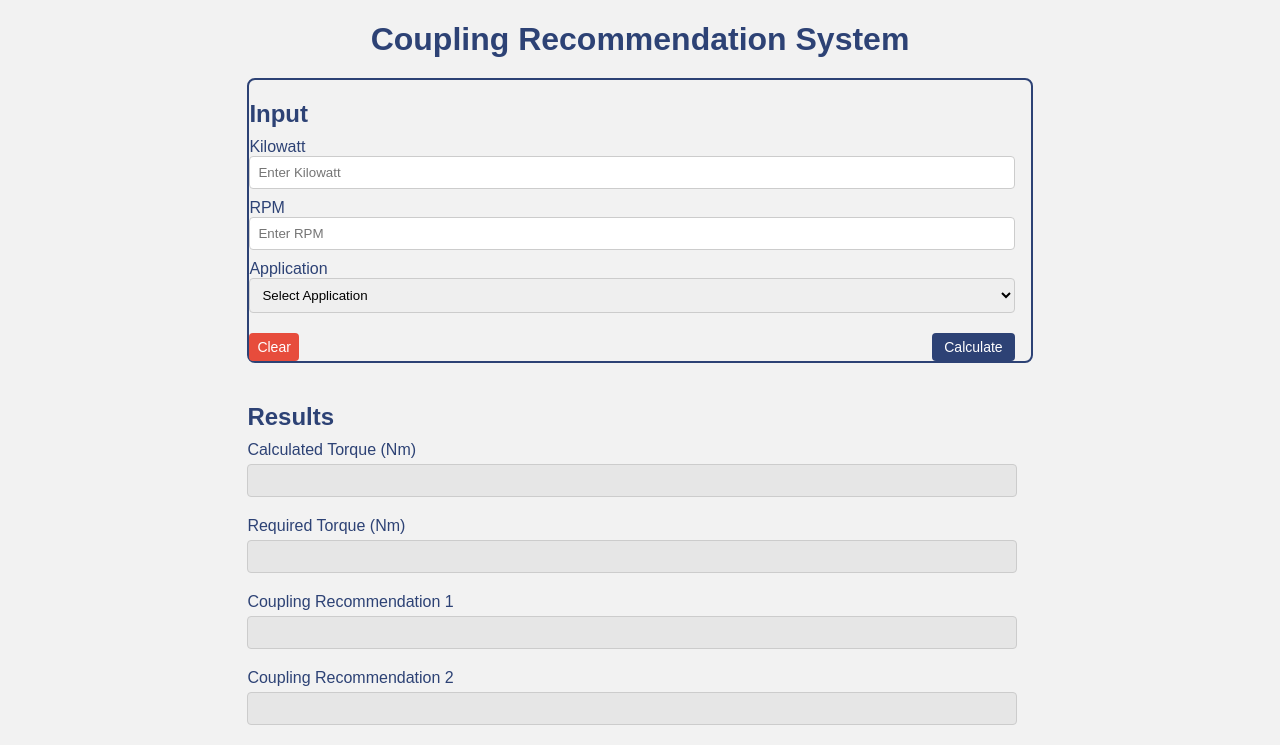
Repository: JustinSadie/calculator
Page: newIndex.html
These files come from the project's save history. The page is drawn as it stood at one moment and after the next save; the edit follows.
The browser window is 1280 px wide. The pictures show the whole page.

Above is the page before, as saved 2024-08-25 17:27:16.

### newIndex.html
<!DOCTYPE html>
<html lang="en">
  <head>
    <meta charset="UTF-8" />
    <meta name="viewport" content="width=device-width, initial-scale=1.0" />
    <title>Coupling Recommendation</title>
    <link rel="stylesheet" href="newCSS.css" />
  </head>
  <body>
    <div class="coupling-calculator">
      <h1>Coupling Recommendation System</h1>

      <div class="input-section">
        <h2>Input</h2>
        <label for="kilowatt">Kilowatt</label>
        <input
          type="number"
          id="kilowatt"
          placeholder="Enter Kilowatt"
          required
          min="0"
        />

        <label for="rotationSpeed">RPM</label>
        <input
          type="number"
          id="rotationSpeed"
          placeholder="Enter RPM"
          required
          min="0"
        />

        <label for="application">Application</label>
        <select id="application" required>
          <option value="">Select Application</option>
          <option value="1.2">Centrifugal Pumps</option>
          <option value="1.2">Fans</option>
          <option value="1.2">Belt Conveyors</option>
          <option value="1.6">Hammermill</option>
          <option value="1.6">Bucket Elevator</option>
          <option value="1.6">Scraper Conveyor</option>
          <option value="2.4">Reciprocating Pump</option>
          <option value="2.4">Compressor(3Cyl or less)</option>
          <option value="2">Crusher</option>
          <option value="2">Calender</option>
          <option value="2">Shaker</option>
          <option value="2">Compressor(4 Cyl or more)</option>
          <option value="4">Steel Mill rolers Tables</option>
          <option value="4">Heavy Reversing Drives</option>
        </select>
        <input
          type="text"
          id="customApplication"
          placeholder="Enter Custom Application"
          style="display: none"
        />

        <div class="button-container">
          <button class="clear" onclick="clearTable()">Clear</button>
          <button onclick="displayResults()">Calculate</button>

        </div>
      </div>

      <div class="output-section">
        <h2>Results</h2>
        <div class="result">
          <label for="torqueResult">Calculated Torque (Nm)</label>
          <input type="text" id="torqueResult" readonly />
        </div>

        <div class="result">
          <label for="coupRat">Required Torque (Nm)</label>
          <input type="text" id="coupRat" readonly />
        </div>

        <div class="result">
          <label for="brCouplingSuggest1">Coupling Recommendation 1</label>
          <input type="text" id="brCouplingSuggest1" readonly />
        </div>

        <div class="result">
          <label for="brCouplingSuggest2">Coupling Recommendation 2</label>
          <input type="text" id="brCouplingSuggest2" readonly />
        </div>
      </div>


    </div>

    <script src="Coupling generator copy.js"></script>
  </body>
</html>

### newCSS.css
/* Overall page styling */
body {
  font-family: Arial, sans-serif;
  margin: 0;
  padding: 0;
  background-color: #f2f2f2;
  color: #2d4275;
  display: flex;
  justify-content: center;
  align-items: center;
  min-height: 100vh;
}

.coupling-caclulator {
  padding: 20px;
  background-color: #ffffff;
  box-shadow: 0 0 10px rgba(0, 0, 0, 0.1);
  border: 2px solid #2d4275;
  border-radius: 8px;
  box-sizing: border-box;
}

h1 {
  color: #2d4275;
  text-align: center;
  margin-bottom: 20px;
}

/* Input section styling */
.input-section {
  margin-bottom: 20px;
  margin-block-start: 10px;


  border: 2px solid #2d4275;
  border-radius: 8px;
  box-sizing: border-box;
}

.input-section h2 {
  color: #2d4275;
  margin-bottom: 10px;
}

input,
select {
  padding: 8px; /* Make the input fields smaller */
  margin-bottom: 10px;
  width: calc(100% - 16px); /* Adjust width to account for padding and borders */
  border: 1px solid #ccc;
  border-radius: 4px;
  box-sizing: border-box;
}

/* Container for buttons */
.button-container {
  display: flex;
  justify-content: space-between; /* Space between buttons */
  margin-top: 10px; /* Space from the fields above */
  width: calc(100% - 16px); /* Adjust width to account for padding and borders */
}

button {
  padding: 6px 12px; /* Adjust padding if needed */
  background-color: #2d4275;
  color: #ffffff;
  border: none;
  border-radius: 4px;
  cursor: pointer;
  font-size: 14px;


}

button:hover {
  background-color: #1a2a4f;
}

/* Small clear button styling */
button.clear {
  padding: 4px 8px; /* Smaller size for the clear button */
  background-color: #e74c3c; /* A red color for the clear button */
  color: #ffffff;
  border: none;
  border-radius: 4px;
  cursor: pointer;
  font-size: 14px; /* Smaller font size */
}

button.clear:hover {
  background-color: #c0392b; /* Darker red for hover effect */
}


/* Output section styling */
.output-section {
  margin-top: 40px;
}

.output-section h2 {
  color: #2d4275;
  margin-bottom: 10px;
}

.result {
  margin-bottom: 10px;
}

.result label {
  display: block;
  margin-bottom: 5px;
  color: #2d4275;
}

.result input {
  padding: 8px; /* Make the output fields smaller */
  border: 1px solid #ccc;
  border-radius: 4px;
  width: calc(100% - 16px); /* Adjust width to account for padding and borders */
  box-sizing: border-box;
  background-color: #f9f9f9;
}

.result input[readonly] {
  background-color: #e6e6e6;
  cursor: not-allowed;
}

### Coupling generator copy.js
lst = [97,128, 164, 187, 215, 255, 271, 314, 355, 428,
    471, 517, 618, 679, 706, 868, 889, 900,
    1089, 1227, 1296, 1392, 1427, 1641, 1768, 2081,
    2150, 2398, 2551, 2837, 3134, 3343, 3536, 3787,
    4274, 4873, 4963, 5326, 5860, 6645, 6721, 6978,
    7234, 8443, 8806, 9071, 9864, 10172, 10811, 11063,
    12835, 13359, 13870, 14165, 16126, 17502, 18434,
    20135, 20684, 21989, 24153, 28155, 28166, 29107,
    35206, 35584, 38136, 38177, 45784, 48006, 50019,
    52525, 55588, 58182, 68818, 72908, 75800, 79879,
    86627, 99418, 100312, 104658, 136282, 136785,
    152552, 178422, 208020, 234914, 366843
]


const bearingData = {
  black: {
    sizes: [97, 164, 271, 471, 679, 1089, 1641, 2551, 3787, 5326, 6721, 8443, 10811, 18434, 29107, 38177, 52525, 79879],
  },
  yellow: {
    sizes: [128, 215, 355, 618, 889, 1427, 2150, 3343, 4963, 6978, 8806, 11063, 14165, 24153, 38136, 50019, 68818, 104658],
  },
  blue: {
    sizes: [187, 314, 517, 900, 1296, 2081, 3134, 4873, 7234, 10172, 12835, 16126, 20684, 35206, 55588, 72908, 100312, 152552],
  },
  green: {
    sizes: [255, 428, 706, 1227, 1768, 2837, 4274, 6645, 9864, 13870, 17502, 21989, 28155, 48006, 75800, 99418, 136785, 208020],
  },
  red: {
    sizes: [517, 868, 1392, 2398, 3536, 5860, 9071, 13359, 20135, 28166, 35584, 45784, 58182, 86627, 136282, 178422, 234914, 366843],
  },
};

const sizeIndex = {
    "BR_95" : 0,
   "BR_115" : 1,
   "BR_135" : 2,
   "BR_155" : 3,
   "BR_179" : 4,
   "BR_206" : 5,
   "BR_236" : 6,
   "BR_276" : 7,
   "BR_306" : 8,
   "BR_336" : 9,
   "BR_366" : 10,
   "BR_406" : 11,
   "BR_446" : 12,
   "BR_506" : 13,
   "BR_556" : 14,
   "BR_636" : 15,
   "BR_716" : 16,
   "BR_826" : 17,
}


function calculateTorque(){
    var kilowatt = document.getElementById("kilowatt").value;
    var rotationSpeed = document.getElementById("rotationSpeed").value;
    var torque = ((kilowatt *  9550)/rotationSpeed);
    torqueResult = torque.toFixed(2) + " (Nm)";
    return {
        torqueresultText: torqueResult,
        torqueResultNumeric: torque,
    };

}

function getSafetyFactorValue(){
    var serviceFactor = document.getElementById("application").value;
    var customServiceFactor = document.getElementById("customApplication").value.trim();

    if (customServiceFactor) {
        return customServiceFactor;
    } else if (serviceFactor && serviceFactor !== "default") {
        return serviceFactor;
    } else {
        throw new Error("Please select an application or enter a custom application.");
    }
};


function calculateAndSetCouplingRating() {
    try {
        var torque = calculateTorque().torqueResultNumeric;
        var serviceFactor = getSafetyFactorValue();

        if (isNaN(serviceFactor)) {
            throw new Error("Invalid service factor input");
        }
        var couplingRating = Math.round(torque * serviceFactor);
        var couplingRatingResult = couplingRating + " (Nm)";

        return {
            couplingRatingText: couplingRatingResult,
            couplingRatingNumeric: couplingRating,
        };
    } catch (error) {
        console.error("Error in calculateAndSetCouplingRating:", error.message);
        return {
            error: error.message,
        };
    }
}



function nextNearestValue() {

    x = calculateAndSetCouplingRating().couplingRatingNumeric;

    for(const elem of lst){
        if(x <= elem) {
            const nextIndex = lst.indexOf(elem) + 1;
            if (nextIndex < lst.length) {
                return {
                    firstRecommendation : elem,
                    secondrecommendation : lst[nextIndex],
                };
            }
        }
    }
    return {
        firstRecommendation : elem,
        secondrecommendation : "none",
    }
}

function safetyFactor(nnv,torque){
    return (nnv/torque).toFixed(2);
}

function findColorAndSize(value) {
    for (const color in bearingData) {
      const sizes = bearingData[color].sizes;
      const index = sizes.indexOf(value);
      if (index !== -1) {
        const sizeKey = Object.keys(sizeIndex).find((key) => sizeIndex[key] === index);
        return {
          color: color,
          size: sizeKey,
        };
      }
    }
    return null;
}

function validateForm() {
    const kilowatt = document.getElementById('kilowatt').value;
    const rotationSpeed = document.getElementById('rotationSpeed').value;
    const application = document.getElementById('application').value;

    // Validate kilowatt
    if (!kilowatt || kilowatt <= 0) {
        alert('Please enter a valid Kilowatt value greater than 0.');
        return false;
    }

    // Validate rotation speed
    if (!rotationSpeed || rotationSpeed <= 0) {
        alert('Please enter a valid RPM value greater than 0.');
        return false;
    }

    // Validate application
    if (!application) {
        alert('Please select an Application.');
        return false;
    }

    return true;
}

function displayResults(){
    if (validateForm()) {
        var newVal = calculateAndSetCouplingRating();
        document.getElementById('torqueResult').value=calculateTorque().torqueresultText;
        document.getElementById('coupRat').value=calculateAndSetCouplingRating().couplingRatingText;

        document.getElementById('brCouplingSuggest1').value=findColorAndSize(nextNearestValue().firstRecommendation).size + " - " + findColorAndSize(nextNearestValue().firstRecommendation).color;
        document.getElementById('brCouplingSuggest2').value=findColorAndSize(nextNearestValue().secondrecommendation).size + " - " + findColorAndSize(nextNearestValue().secondrecommendation).color;
        document.getElementById('sfCouplingSuggest1').value=safetyFactor(nextNearestValue().firstRecommendation, calculateTorque().torqueResultNumeric);
        document.getElementById('sfCouplingSuggest2').value=safetyFactor(nextNearestValue().secondrecommendation, calculateTorque().torqueResultNumeric);
    }

}


function clearTable() {
    document.getElementById('kilowatt').value = "";
    document.getElementById('rotationSpeed').value = "";
    document.getElementById('application').selectedIndex = 0;
    document.getElementById('customApplication').value = "";
    document.getElementById('torqueResult').value = "";
    document.getElementById('coupRat').value = "";
    document.getElementById('brCouplingSuggest1').value = "";
    document.getElementById('brCouplingSuggest2').value = "";
}

function validateInput(inputId) {
    var inputElement = document.getElementById(inputId);
    var inputValue = inputElement.value.trim();

    if (inputValue === "") {
        alert("Input cannot be empty.");
        return false;
    }

    if (!/^\d+$/.test(inputValue)) {
        alert("Input must contain only numbers.");
        return false;
    }

    return true;
}

function validateForm() {
    if (!validateInput("kilowatt") || !validateInput("rotationSpeed")) {
        return false;
    }
    return true;
}

After the next save:
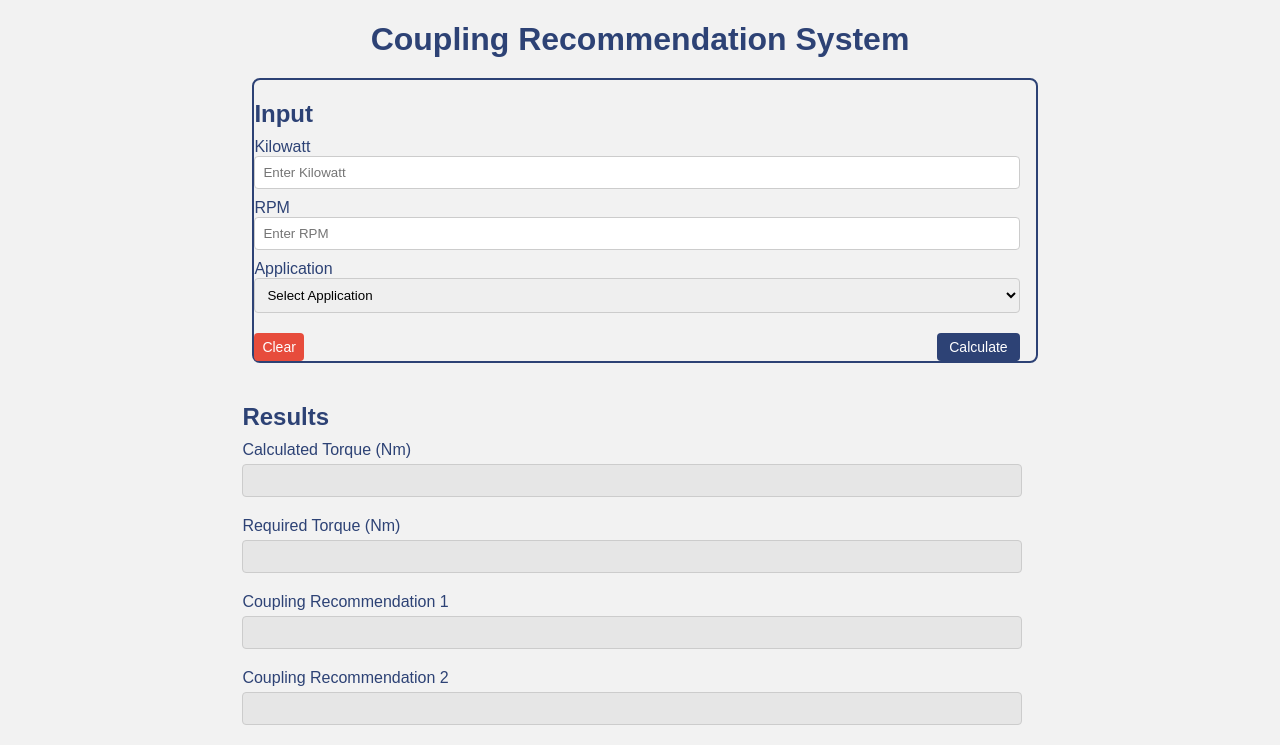
Saved 41 s later.
--- a/newCSS.css
+++ b/newCSS.css
@@ -29,7 +29,7 @@ h1 {
 /* Input section styling */
 .input-section {
   margin-bottom: 20px;
-  margin-block-start: 10px;
+  margin-left: 10px;
 
 
   border: 2px solid #2d4275;
